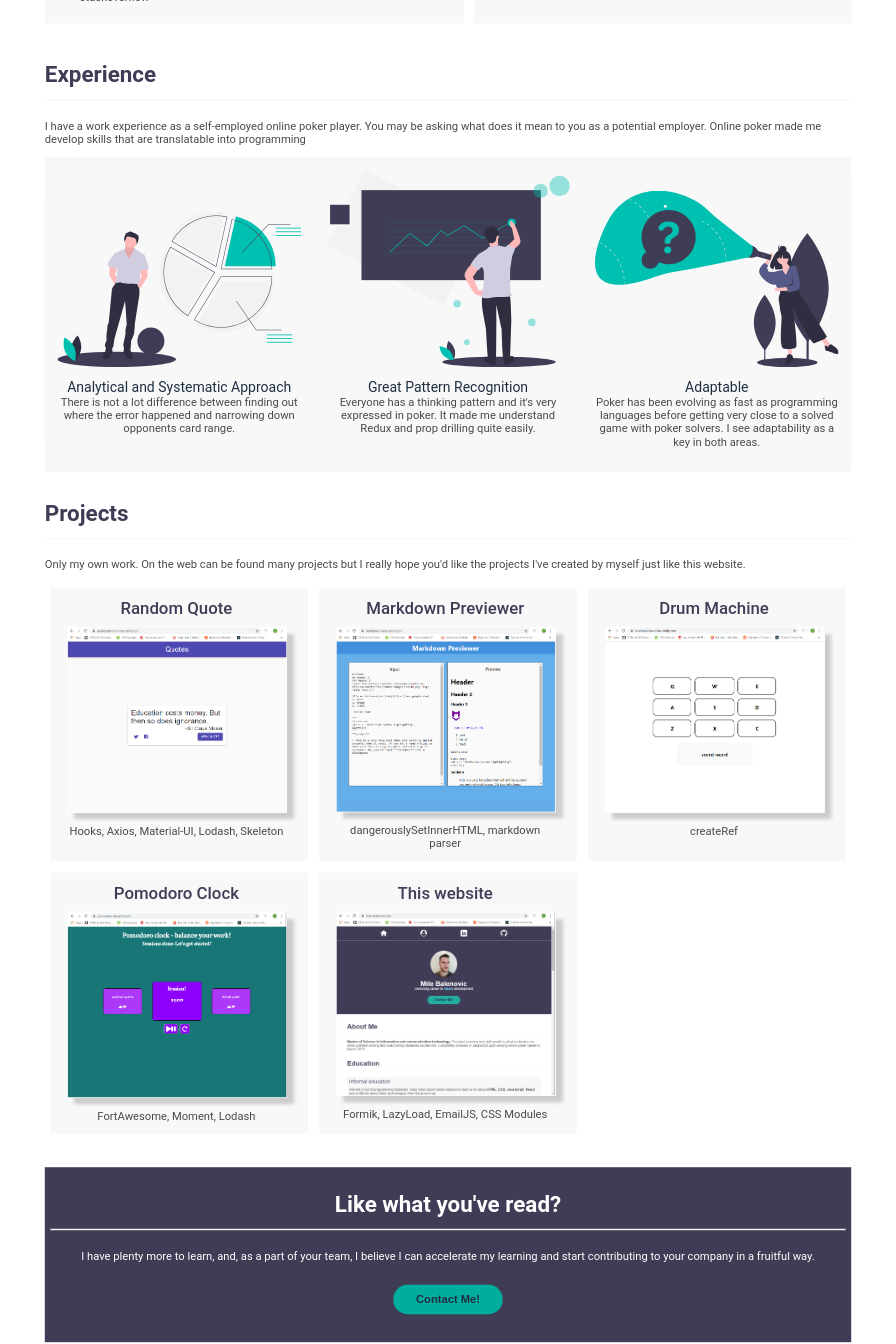
Repository: milac0/my-website
Page: /
The author's editor kept a copy of each file at every save. The page is drawn from the files as they stood at one save, then again after the next save.
The browser window is 1280 px wide. The pictures show the part of the page from y = 998 to 2918 px (the page is 3103 px tall before and 3046 px after), at 70% of full size.
The project was rebuilt for these pictures with package versions that can differ from the ones it lists, and the page was loaded fresh each time. Also part of the build but not shown: src/components/formContact.module.css, src/components/FormContact.js, src/pages/contact.module.css, src/pages/Contact.js. Imported but missing from the stored project, and not drawn on this page: src/resume.pdf.

Above is the page before, as saved 2019-10-29 18:47:34.

After the next save:
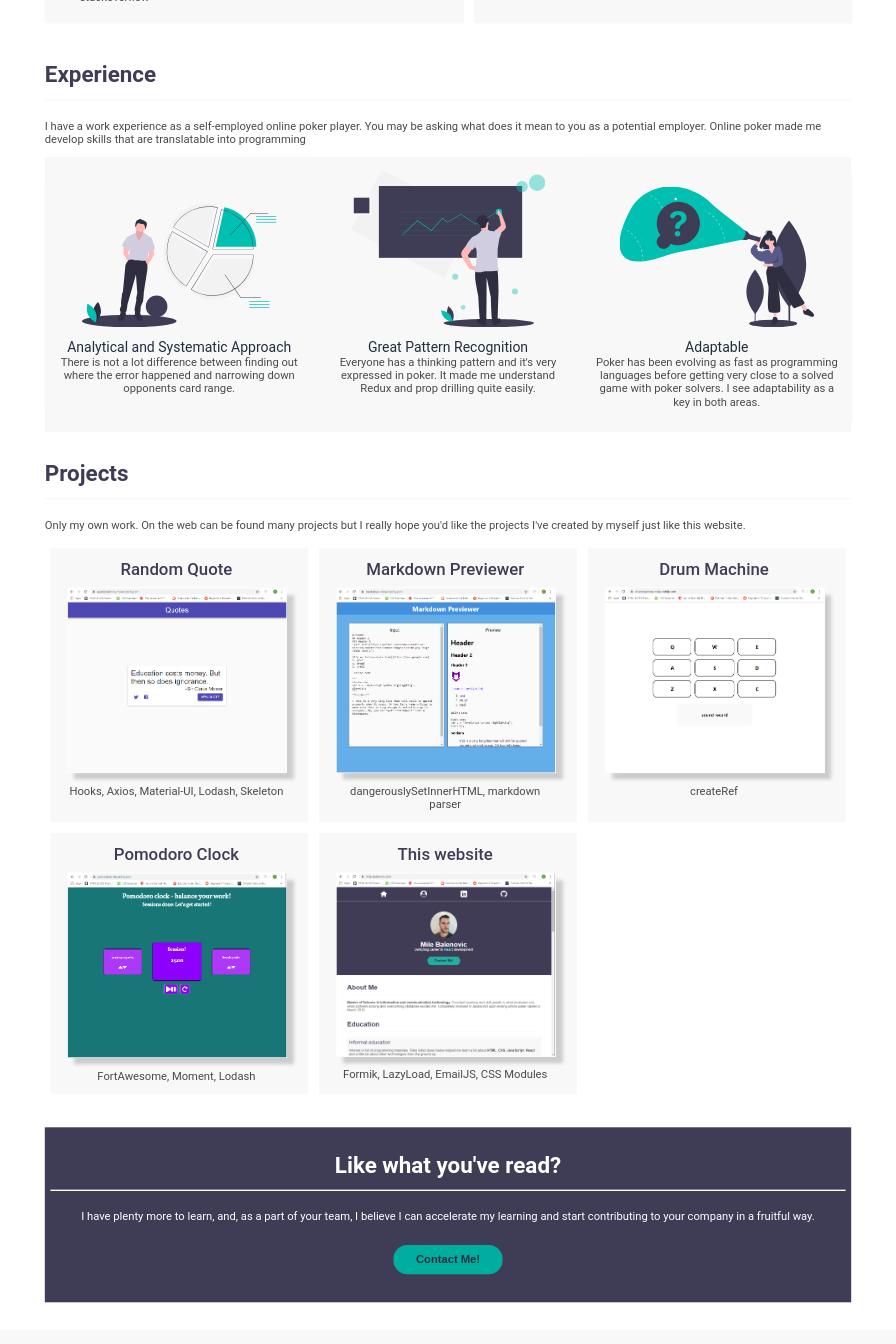
Saved 54 s later.
--- a/src/index.css
+++ b/src/index.css
@@ -190,8 +190,8 @@
 .section-skill-image {
   display: block;
   margin: 0 auto 1em auto;
-  width: 360px;
-  height: auto;
+  width: 80%;
+  height: 260px;
 }
 
 article {

After the save that followed:
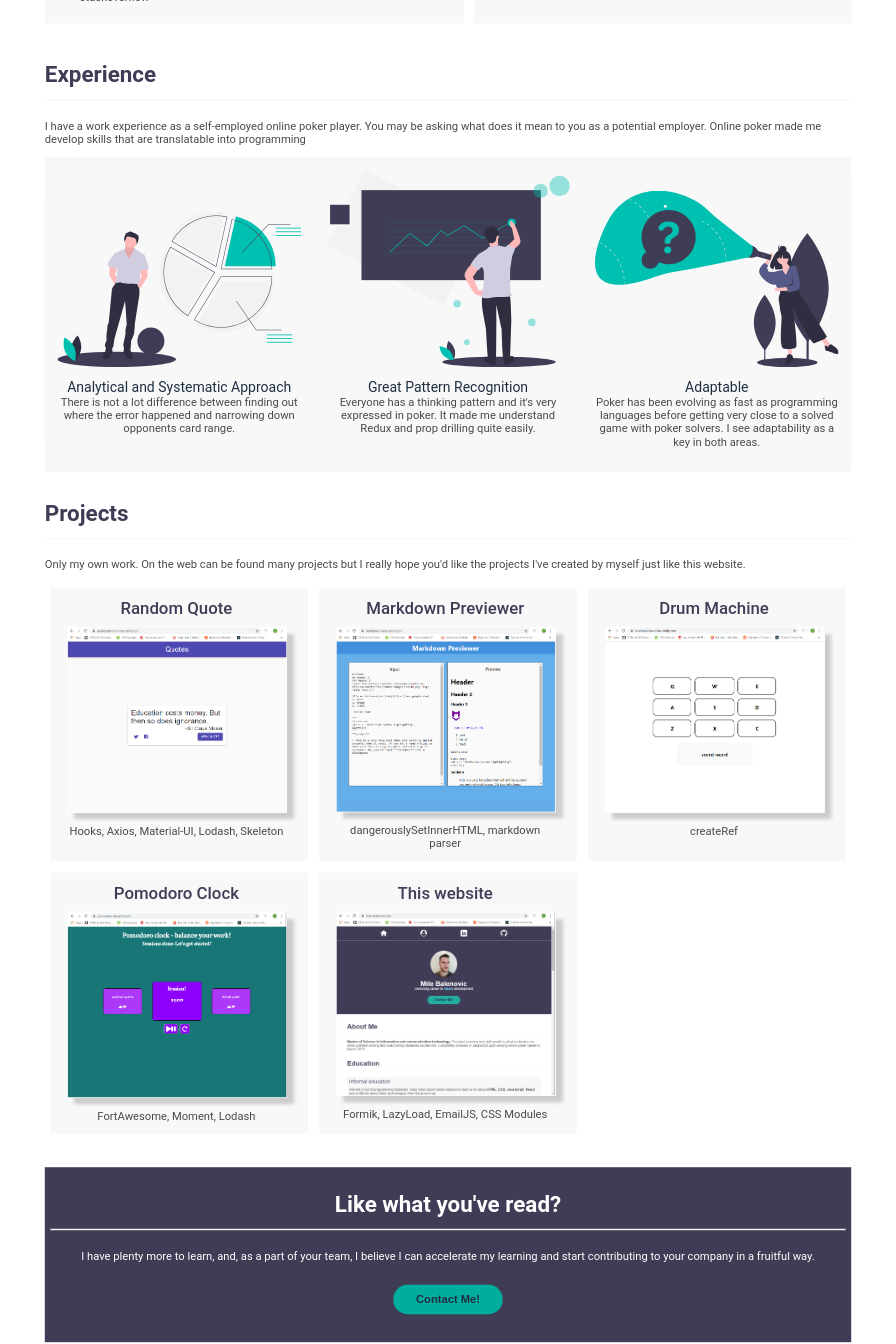
Saved 59 s later.
--- a/src/index.css
+++ b/src/index.css
@@ -190,8 +190,8 @@
 .section-skill-image {
   display: block;
   margin: 0 auto 1em auto;
-  width: 80%;
-  height: 260px;
+  max-width: 70%;
+  height: auto;
 }
 
 article {
